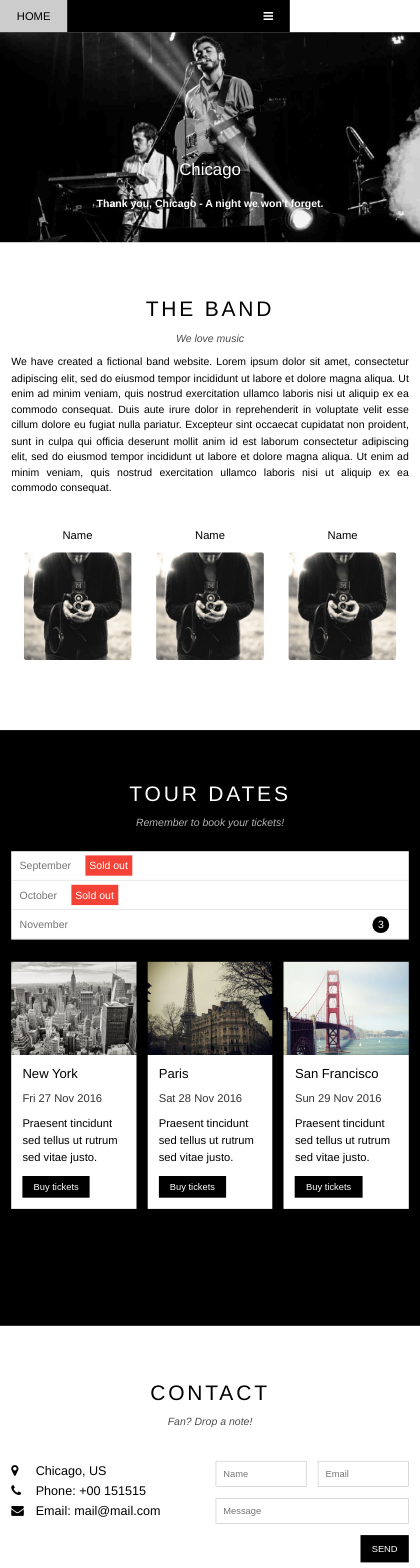
Repository: vuongtm1999/TheBand_W3School
Page: index.html
An editor plug-in stored every save of this project. The page is shown before and after the next save, followed by the edit.
The browser window is 600 px wide. The pictures show the part of the page from y = 0 to 2240 px (the page is 2836 px tall), at 70% of full size.

Above is the page before, as saved 2022-08-30 15:00:42.

### index.html
<!DOCTYPE html>
<html lang="en">
<head>
    <meta charset="UTF-8">
    <meta http-equiv="X-UA-Compatible" content="IE=edge">
    <meta name="viewport" content="width=device-width, initial-scale=1.0">
    <title>The band</title>
    <link rel="stylesheet" href="./assets/css/style.css">
    <link rel="stylesheet" href="./assets/css/responsive.css">
    <link rel="stylesheet" href="https://cdnjs.cloudflare.com/ajax/libs/font-awesome/4.7.0/css/font-awesome.min.css">
    <link rel="icon" href="assets/img/place/paris.jpg" type="image/x-icon">
</head>
<body>
        <div id="header">
            <!-- begin: nav -->
            <ul id="nav">
                <li><a href="#">Home</a></li>
                <li><a href="#band">Bank</a></li>
                <li><a href="#tour">Tour</a></li>
                <li><a href="#contact">Contact</a></li>
                <li>
                    <a href="#">More <i style="font-size: 15px;" class="fa fa-caret-down"></i></a>
                    <ul class="subnav">
                        <li><a href="#">Merchandise</a></li>
                        <li><a href="#">Extras</a></li>
                        <li><a href="#">Media</a></li>
                    </ul>
                </li>
            </ul>
            <!-- end: nav -->

            <!-- begin: search button -->
            <div class="search-button">
                <i class="fa fa-search"></i>
            </div>
            <!-- end: search button -->

            <div class="mobile-menu-btn">
                <i class="fa fa-bars" aria-hidden="true"></i>
            </div>
        </div>



        <div id="content">

            <div id="slider">
                <div class="text-content">
                    <div class="container">
                        <h3 class=text-heading>
                            Chicago
                        </h3>
                        <div class="text-description">
                            Thank you, Chicago - A night we won't forget.
                        </div>
                    </div>
                </div>
            </div>

            <!-- about section -->
            <div id="band" class="content-section">
                <h2 class="section-heading">THE BAND</h2>
                <p class="section-sub-heading">We love music</p>
                <p class="section-about-text">We have created a fictional band website. Lorem ipsum dolor sit amet, consectetur adipiscing elit, sed do eiusmod tempor incididunt ut labore et dolore magna aliqua. Ut enim ad minim veniam, quis nostrud exercitation ullamco laboris nisi ut aliquip ex ea commodo consequat. Duis aute irure dolor in reprehenderit in voluptate velit esse cillum dolore eu fugiat nulla pariatur. Excepteur sint occaecat cupidatat non proident, sunt in culpa qui officia deserunt mollit anim id est laborum consectetur adipiscing elit, sed do eiusmod tempor incididunt ut labore et dolore magna aliqua. Ut enim ad minim veniam, quis nostrud exercitation ullamco laboris nisi ut aliquip ex ea commodo consequat.</p>

                <div class="member-list">

                    <div class="col col-third">
                        <p class="member-name">Name</p>
                        <img class="member-image" src="assets/img/bandmember.jpg" alt="member">
                    </div>

                    <div class="col col-third">
                        <p class="member-name">Name</p>
                        <img class="member-image" src="assets/img/bandmember.jpg" alt="member">
                    </div>

                    <div class="col col-third">
                        <p class="member-name">Name</p>
                        <img class="member-image" src="assets/img/bandmember.jpg" alt="member">
                    </div>

                    <div class="clearFloat"></div>
                </div>
            </div>

            <!-- TOUR DATES section -->
            <div id="tour" class="tour-section">
                <div class="content-section">
                    <h2 class="section-heading">TOUR DATES</h2>
                    <p class="section-sub-heading">Remember to book your tickets!</p>

                    <br>

                    <ul class="ticket-list">
                        <li>September <span class="soldout">Sold out</span></li>
                        <li>October <span class="soldout">Sold out</span></li>
                        <li>November <span class="quantity">3</span></li>
                    </ul>

                    <div class="row place-ticket">

                        <div class="col col-third">
                            <img src="assets/img/place/newyork.jpg" alt="img-ticket" class="place-img">
                            <div class="place-body">
                                <h3 class="place-city">New York</h3>
                                <p class="place-time">Fri 27 Nov 2016</p>
                                <p class="place-description">Praesent tincidunt sed tellus ut rutrum sed vitae justo.</p>
                                <button class="place-buy-tickets btn-common js-buy-ticket">Buy tickets</button>
                            </div>
                        </div>

                        <div class="col col-third">
                            <img src="assets/img/place/paris.jpg" alt="img-ticket" class="place-img">
                            <div class="place-body">
                                <h3 class="place-city">Paris</h3>
                                <p class="place-time">Sat 28 Nov 2016</p>
                                <p class="place-description">Praesent tincidunt sed tellus ut rutrum sed vitae justo.</p>
                                <button class="place-buy-tickets btn-common js-buy-ticket">Buy tickets</button>
                            </div>
                        </div>

                        <div class="col col-third">
                            <img src="assets/img/place/sanfran.jpg" alt="img-ticket" class="place-img">
                            <div class="place-body">
                                <h3 class="place-city">San Francisco</h3>
                                <p class="place-time">Sun 29 Nov 2016</p>
                                <p class="place-description">Praesent tincidunt sed tellus ut rutrum sed vitae justo.</p>
                                <button class="place-buy-tickets btn-common js-buy-ticket">Buy tickets</button>
                            </div>
                        </div>

                        <div class="clearFloat"></div>
                    </div>
                </div>
            </div>



            <!-- CONTACT section -->
            <div id="contact" class="content-section">
                <h2 class="section-heading">CONTACT</h2>
                <p class="section-sub-heading">Fan? Drop a note!</p>

                <div class="row contact-items">
                    <div class="col col-half contact-info">
                        <p><i class="fa fa-map-marker" aria-hidden="true"></i>   Chicago, US</p>
                        <p><i class="fa fa-phone" aria-hidden="true"></i> Phone: +00 151515</p>
                        <p><i class="fa fa-envelope" aria-hidden="true"></i>  Email: mail@mail.com</p>
                    </div>
                    <div class="col col-half contact-form">
                        <form action="">
                        <div class="row">
                            <div class="col col-half">
                                <input type="text" required placeholder="Name" class="p-10 btn-contact contact-input-name">
                            </div>
                            <div class="col col-half">
                                <input type="email" required placeholder="Email" class="p-10 btn-contact contact-input-email">
                            </div>
                        </div>
                        <div class="row">
                            <div class="col col-full">
                                <input type="text" required placeholder="Message" class="p-10 btn-contact contact-input-message">
                            </div>
                        </div>

                        <input type="submit" class="contact-btn-send btn-common" value="SEND"></input>
                    </div>
                    </form>
                </div>
            </div>
            <!-- End: contact section -->

            <!-- Map section -->
            <div class="map-section">
                <img src="assets/img/map.jpg" alt="map-img" class="place-img">
            </div>

        </div>

        <!-- Modal dialog -->
        <div class="modal js-modal">
            <div class="modal-container js-modal-container">
                <i class="fa fa-times close-icon js-close-icon" aria-hidden="true"></i>
                <header class="modal-header">
                    <i class="fa fa-suitcase mr-5"></i>
                     Tickets
                </header>
                <div class="modal-body">
                    <label for="quantity-sticket" class="modal-label">
                        <i class="fa fa-shopping-cart" aria-hidden="true"></i>
                        Tickets, $15 per person
                    </label>
                    <input type="text" id="quantity-sticket" class="quantity-sticketet" placeholder="How many?">

                    <label for="send-to-sticket" class="modal-label">
                        <i class="fa fa-user" aria-hidden="true"></i>
                        Send to
                    </label>
                    <input type="text" id="send-to-sticket" class="send-to-sticket" placeholder="Enter email" class=placeholder="Enter email">

                    <button id="btn-pay" class="btn-pay">PAY <i class="fa fa-check" aria-hidden="true"></i></button>
                </div>

                <div class="modal-footer">
                    <button class="btn-close js-close-btn">Close <i class="fa fa-times" aria-hidden="true"></i></button>

                    <div class="modal-text-help">Need <a href="#" id="btn-help">help?</a></div>
                </div>
            </div>
        </div>

        <div class="footer">
            <div class="icon-info">
                <i class="fa fa-facebook-official" aria-hidden="true"></i>
                <i class="fa fa-instagram" aria-hidden="true"></i>
                <i class="fa fa-snapchat" aria-hidden="true"></i>
                <i class="fa fa-pinterest-p" aria-hidden="true"></i>
                <i class="fa fa-twitter" aria-hidden="true"></i>
                <i class="fa fa-linkedin" aria-hidden="true"></i>
            </div>
            <div class="powered">
                <p>Powered by <a href=""></a>w3.css</p>
            </div>
        </div>
    </div>
    <script>
        const buyBtns = document.querySelectorAll('.js-buy-ticket');
        const modal = document.querySelector('.js-modal');
        const closeBtn = document.querySelector('.js-close-btn');
        const closeIcon = document.querySelector('.js-close-icon');
        const modalContainer = document.querySelector('.js-modal-container');

        function showTicketDialog(){
            modal.classList.add('modal-open')
        }

        function hideTicketDialog(){
            modal.classList.remove('modal-open')
        }

        for(const buyBtn of buyBtns){
            buyBtn.addEventListener('click', showTicketDialog);
        }

        closeBtn.addEventListener('click', hideTicketDialog);
        closeIcon.addEventListener('click', hideTicketDialog);

        //Dong khi click ra ngoai modal
        modal.addEventListener('click', hideTicketDialog);
        modalContainer.addEventListener('click', function(even) {
            even.stopPropagation()
        });

        // buyBtns.forEach(function (buyBtn) {
        //     buyBtn.addEventListener('click', showTicketDialog())
        // })

        // Dong mo menu (mobile)
        var menu = document.getElementById("header")
        var menuBtn = document.querySelector(".mobile-menu-btn")
        var menuHeight = menu.clientHeight

        menuBtn.onclick = function(e){
            if(this.clientHeight === menuHeight){
                menu.style.height = 'auto'
                menuHeight = menu.clientHeight
            }else{
                menu.style.height = null
                menuHeight = menu.clientHeight
            }
        }

        //Tu dong dong khi chon menu
        var menuItems =  document.querySelectorAll("#header > ul a[href*='#']")
        for(let i =0;i<menuItems.length;i++){
            menuItem = menuItems[i]

            menuItem.onclick = function(){
                menu.style.height = null
                menuHeight = menu.clientHeight
            }
        }
    </script>
</body>
</html>

### assets/css/style.css
/* reset CSS */
* {
    margin: 0;
    padding: 0;
    box-sizing: border-box;
}

html {
    scroll-behavior: smooth;
    font-family: Helvetica, Arial, sans-serif;
}

#nav, .subnav, li{
    list-style-type: none;
}

#nav{
    display: inline-block;
}

/* Common */
.clearFloat{
    /* Khac phuc khi dung float :left */
    clear: both;
}

.btn-common{
    color: white;
    background-color: #000;
    border: none;
}

.btn-common:hover{
    background-color: #ccc;
    color: #000;
}

.row{
    margin-left: -8px;
    margin-right: -8px;
}

.col{
    float: left;
    padding-left: 8px;
    padding-right: 8px;
}

.col::after{
    content: "";
    display: block;
    clear: both;
}

.col-full{
    width: 100%;
}

.col-half{
    width: 50%;
}

.col-third{
    width: 33.3333%;
}

.text-center{
    text-align: center;
}

.p-8{
    padding: 8px;
}

.mb-8{
    margin-bottom: 8px;
}

.p-10{
    padding: 10px;
}

.mr-8{
    margin-right: 8px;
}

/*
Nguyen tac lam viec
1. Vi tri
2. Kich thuoc
3. Mau sac
4. Kieu dang (kieu chu, hinh tron hay hinh vuong,...)
*/

/*
Tu ngoai vao trong
Tu tren xuong duoi
TU tong quan den chi tiet
 */

#main {}

#header {
    position: fixed;
    z-index: 1;
    height: 46px;
    background-color: #000;
    color: #fff;
    top: 0;
    left: 0;
    right: 0;
    overflow: hidden;
}

#nav li {
    text-decoration: none;
    line-height: 46px;
}

/* The a */
a{
    text-decoration: none;
}

#nav > li > a {
    /* display: inline-block; */
    padding: 0px 24px;
    color: #ffffff;
    text-transform: uppercase;
}

#nav > li {
    display: inline-block;
}

#nav li:last-child {
    position: relative;
}

#nav .subnav {
    background-color: #fff;
    position: absolute;
    display: none;
    top: 100%;
    left: 0;
    box-shadow:  0px 0px 10px rgba(0, 0, 0, 0.3);
    min-width: 160px;
}

#nav .subnav a{
    color: #000;
    padding: 0px 12px;
    line-height: 30px;
    display: inline-block;
    width: 100%;
}

#nav .subnav li:hover,
#nav > li:hover > a {
    color: #000;
    background-color: #ccc;
    display: block;
}

#nav > li:last-child:hover .subnav{
    display: block;
}

/* search btn */
#header .search-button{
    float: right;
    line-height: 46px;
    padding: 0 24px;
    user-select: none;
}

#header .mobile-menu-btn{
    float: right;
    line-height: 46px;
    padding: 0 24px;
    user-select: none;
    position: absolute;
    right: 0;
    top: 0;
}


#header .search-button:hover{
    background-color: #f44336;
}

#header .mobile-menu-btn:hover{
    background-color: #ccc;
    color: #000;
}

#slider {
    /* background-color: rgb(27, 22, 22); */
    margin-top: 46px;
/* padding-top bang 50% chieu rong cua thanh phan do */
    padding-top: 50%;
    position: relative;
    background: url("/assets/img/chicago.jpg") top center / cover no-repeat;
}

#slider .text-content{
    position: absolute;
    color: white;
    bottom: 48px;

    /* cach 1 */
    /* left: 50%;
    transform: translateX(-50%); */
    /* cach 2 */
    /* left: 0;
    right: 0; */
    /* cach 3 */
    width: 100%;
    text-align: center;
}

.text-heading{
    font-size: 24px;
    font-weight: 400;
}

.text-description{
    margin-top: 25px;
    font-weight: bolder;
    font-size: 15px;
}

#content{
    /* max-width: 100%; */
}

#content .content-section{
    width: 800px;
    max-width: 100%;
    padding: 64px;
    padding-left: 16px;
    padding-right: 16px;
    margin-left: auto;
    margin-right: auto;
}

.content-section .section-heading,
.content-section .section-about-text{
    margin: 15px 0px;
}

.content-section .section-heading,
.content-section .section-sub-heading{
    text-align: center;
}

.content-section .section-sub-heading{
    font-size: 15px;
    opacity: 0.7;
    font-style: italic;
}

.content-section .section-heading{
    font-size: 30px;
    font-weight: 500;
    letter-spacing: 4px;
}

.content-section .section-about-text{
    /* line-height khong co px */
    line-height: 1.5;
    font-size: 15px;
    text-align: justify;
}

.content-section .member-list{
    margin: 32px 0;
    text-align: center;
    /* Khac phuc khi dung float :left */
    /* overflow: hidden; */
}

.content-section .member-name{
    margin: 15px 0;
}

.content-section .member-image{
    width: 154px;
    border-radius: 4px;
}

/* Tour section */
.tour-section{
    background-color: #000;
    min-height: 851px;
}

/*  begin: tour section */
.tour-section .section-heading,
.tour-section .section-sub-heading{
    color: white !important;
}

.tour-section .section-heading{
    margin: 10px 0;
}

.tour-section .section-sub-heading{
    margin: 15px 0;
}

.ticket-list{
    background-color: white;
}

.ticket-list > li{
    font-size: 15px;
    padding: 12px;
    border-bottom: 1px solid #ddd;
    color: #757575;
}

.soldout{
    background-color: #f44336;
    padding: 6px;
    margin-left: 16px;
    color: #fff;
}

.quantity{
    float: right;
    margin-right: 16px;
    background-color: #000;
    width: 24px;
    height: 24px;
    border-radius: 50%;
    color: white;
    text-align: center;
    line-height: 24px;
    margin-top: -3px;
}

/* place-ticket */
.place-ticket{
    /* margin-top: 32px; */
    padding-top: 32px;
}

.place-item{
    float: left;
    width: 33.3333%;
    padding: 0 8px;
}

.place-img{
    width: 100%;
    display: block;
}

.place-img:hover{
    opacity: 0.7;
}

.place-body{
    background-color: white;
    color: rgb(1, 1, 1);
    padding: 16px;
}

.place-city{
    font-weight: 550;
}

.place-time{
    opacity: 0.8;
    margin: 15px 0;
}

.place-description{
    margin: 15px 0;
    line-height: 1.5;
}

.place-buy-tickets{
    padding: 8px 16px;
    display: inline-block;
}

/* modal dialog */
.modal{
    position: fixed;
    background-color: rgba(0, 0, 0, 0.3);
    top: 0;
    left: 0;
    right: 0;
    bottom: 0;

    /* display: flex; */
    align-items: center;
    justify-content: center;

    display: none;
}

.modal-open{
    display: flex !important;
}

.modal-container{
    background-color: #fff;
    width: 900px;
    min-height: 473px;
    position: relative;

    /* reponsive */
    max-width: calc(100% - 32px);
}

.modal-header {
    height: 129px;
    background-color: #009688;
    display: flex;
    align-items: center;
    justify-content: center;
    letter-spacing: 4px;
    font-weight: 400;
    font-size: 30px;
    color: #fff;
}

.mr-5{
    margin-right: 16px;
}
.close-icon{
    position: absolute;
    top: 0;
    right: 0;
    padding: 12px;
    color: #fff;
}

.close-icon:hover{
    background-color: #ccc;
    color: #000
}

.modal-body {
    padding: 0 16px;
}

.modal-label{
    display: block;
    margin: 18px 0 8px 0;
}

.quantity-sticketet,
.send-to-sticket{
    border: 1px solid #ccc;
    padding: 8px;
    font-size: 15px;
    width: 100%;
}

.btn-pay{
    margin: 16px 0;
    width: 100%;
    background-color: #009688;
    padding: 18px;
    color: #fff;
    border: none;
    font-size: 15px;
    text-transform: uppercase;
}

.btn-pay:hover{
    background-color: #ccc;
    color: #000;
    cursor: pointer;
}

.modal-footer{
    padding: 0 18px;
    margin: 16px 0;
}

.modal-text-help{
    float: right;
}

.btn-close{
    padding: 12px 16px;
    font-size: 15px;
    color: #fff;
    background-color: #f44336;
    border: none;
}

.btn-close:hover{
    cursor: pointer;
    background-color: #ccc;
    color: #000;
}

#btn-help{
    text-decoration: underline !important;
    color: #2196F3;
}

.contact-items{
    margin-top: 48px;
}

.contact-info i[class*="fa"]{
    width: 30px;
}

.contact-info {
    line-height: 1.6;
    font-size: 18px;
}

.contact-form{
    font-size: 15px;
}

.row::after{
    content: "";
    display: block;
    clear: both;
}

.contact-input-message{
    margin: 16px 0;
}

.btn-contact{
    border: 1px solid #ccc;

    width: 100%;
}

.contact-btn-send{
    padding: 12px 16px;
    float: right;
}

.footer{
    padding: 64px 0;
    text-align: center;
    color: #000;
    opacity: 0.6;
    font-size: 24px;
}

.powered{
    margin: 15px 0;
    font-size: 15px;
}

.footer .icon-info i:hover{
    opacity: 0.3;
}




#container {
    /* height: 500px;
    background-color: #ccc; */
}

### assets/css/responsive.css

/* PC */
@media (min-width:1024px) {
    #header .mobile-menu-btn{
        display: none !important;
    }
}

/* Tablet */
@media (min-width:740px) and (max-width:1024px) {
    #header .mobile-menu-btn{
        display: none !important;
    }
}

/* Mobile */
@media (max-width:740px) {
    #nav{
        display: block !important;
    }

    #header{
        width: 414px;
    }

    #nav > li{
        display: block !important;
    }

    #nav > li:first-child{
        display: inline-block !important;
    }

    #header .search-button{
        display: none !important;
    }
}

After the next save:
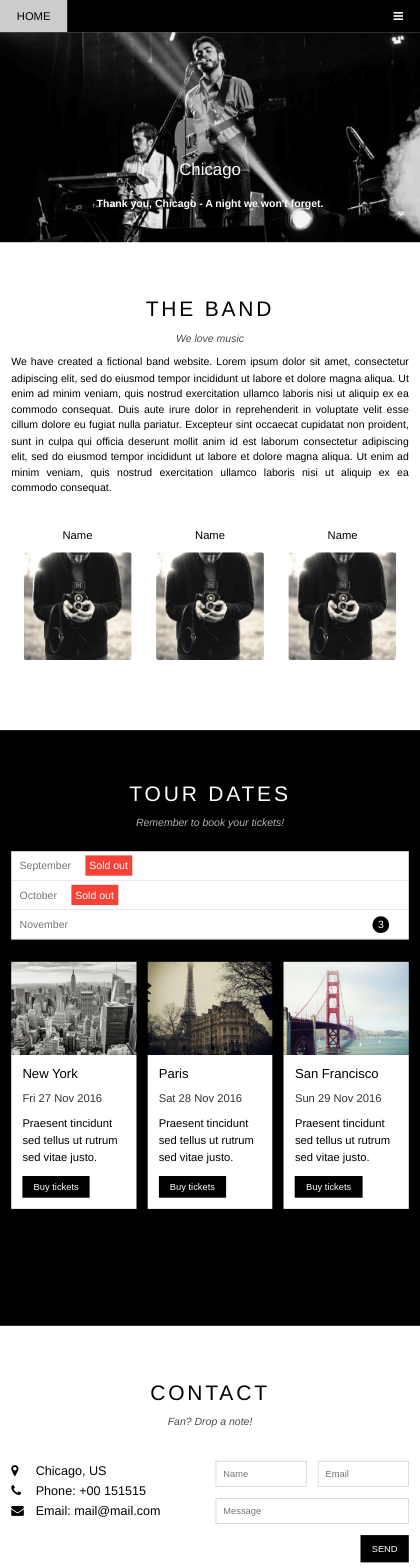
Saved 6 min 38 s later.
--- a/assets/css/responsive.css
+++ b/assets/css/responsive.css
@@ -19,9 +19,9 @@
         display: block !important;
     }
 
-    #header{
+    /* #header{
         width: 414px;
-    }
+    } */
 
     #nav > li{
         display: block !important;
